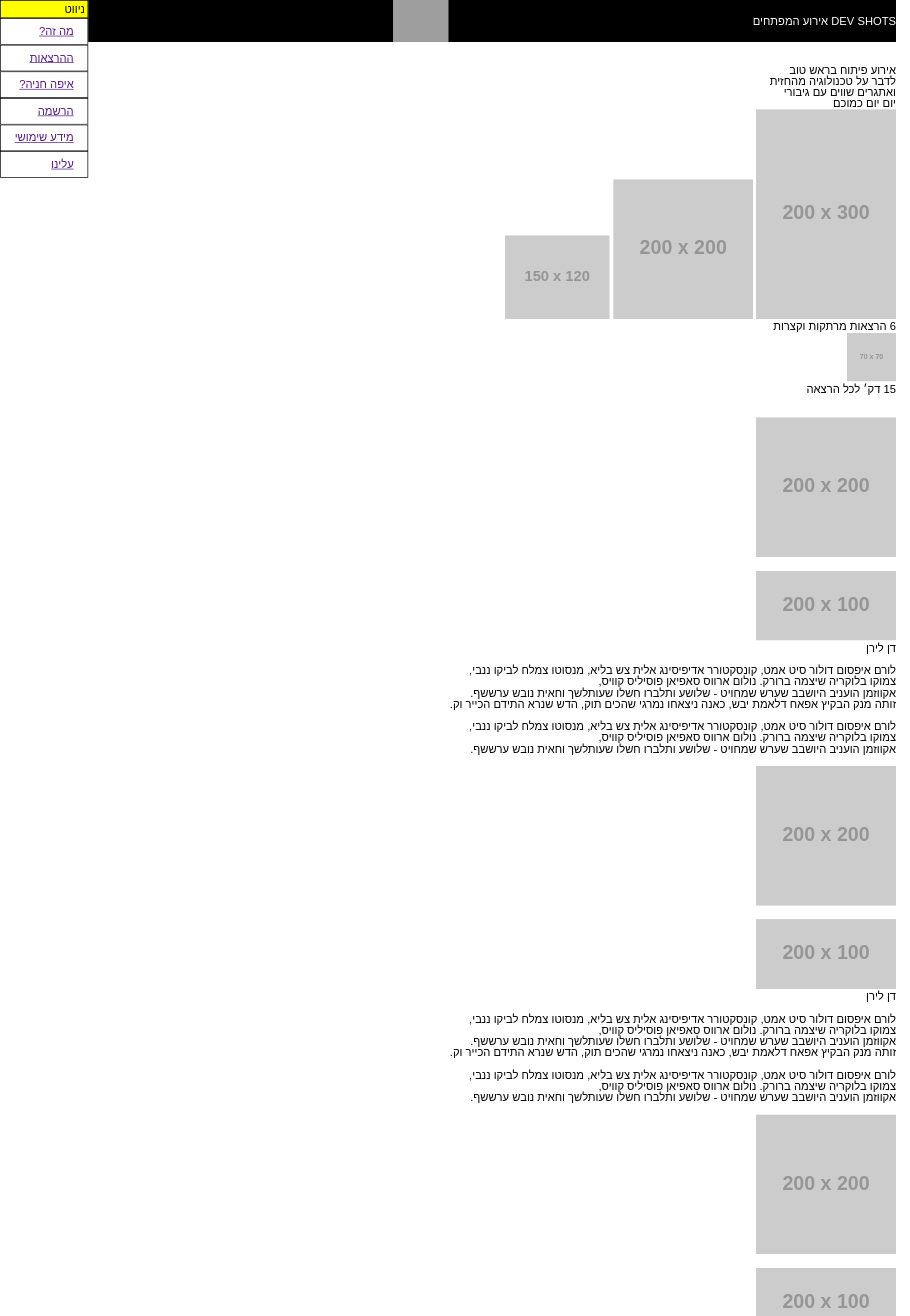
Repository: Julian-Escobar/DevShots
Page: index.html
These files come from the project's save history. The page is drawn as it stood at one moment and after the next save; the edit follows.
The browser window is 1280 px wide. The page is 1280 px wide, then 1300 px, so the pictures cover 1300 px, including what lies to the right of the window. The pictures show the part of the page from y = 0 to 1880 px (the page is 5922 px tall), at 70% of full size.
Pictures or frames that could not be fetched are drawn as grey boxes.

Above is the page before, as saved 2018-08-28 09:42:26.

After the next save:
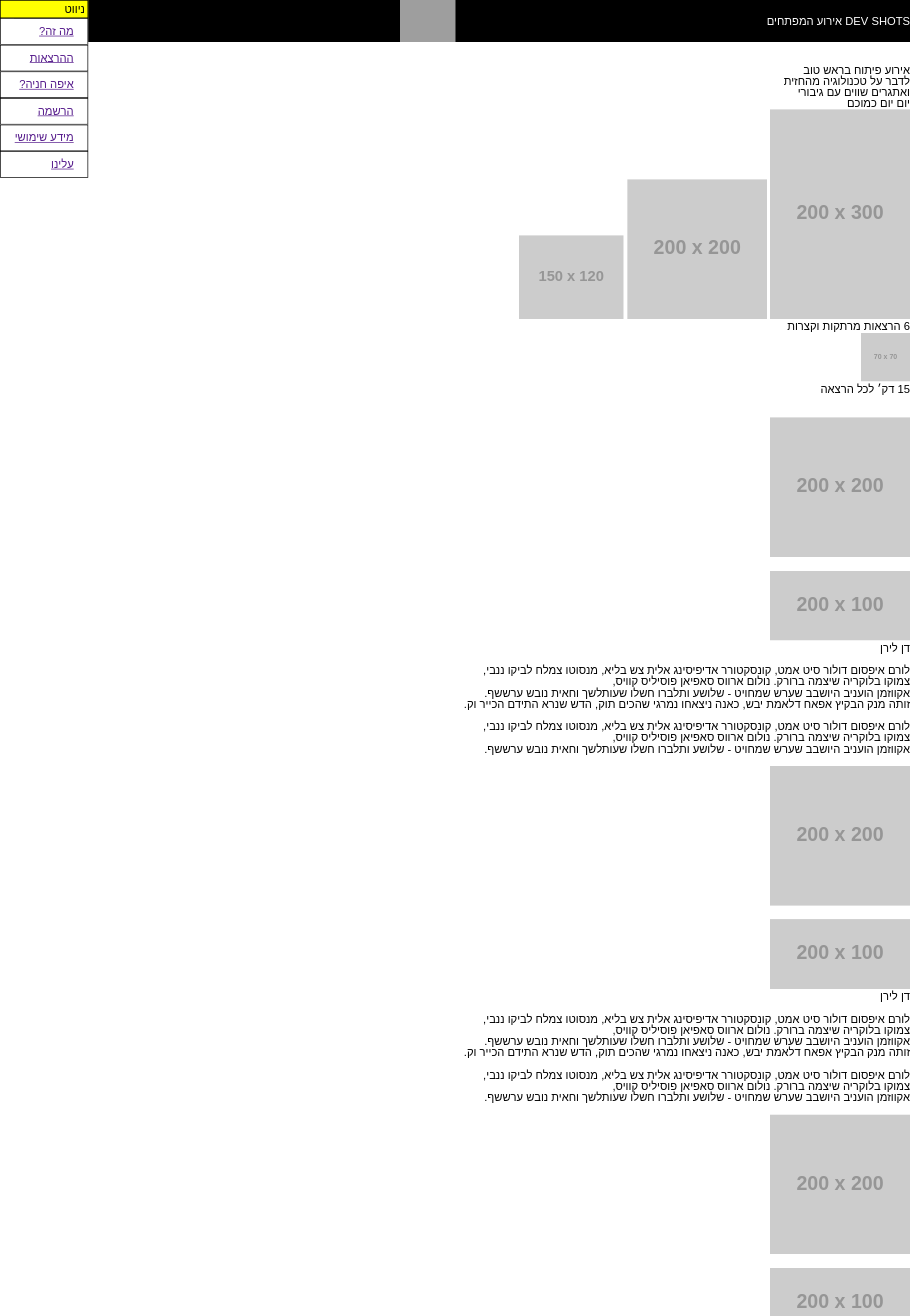
Saved 28 s later.
--- a/style.css
+++ b/style.css
@@ -83,9 +83,6 @@ body{
 
 }
 header{
-    display: flex;
-    justify-content: space-between;
-    align-content: center;
     background-color: black;
     width: 100%;
 
